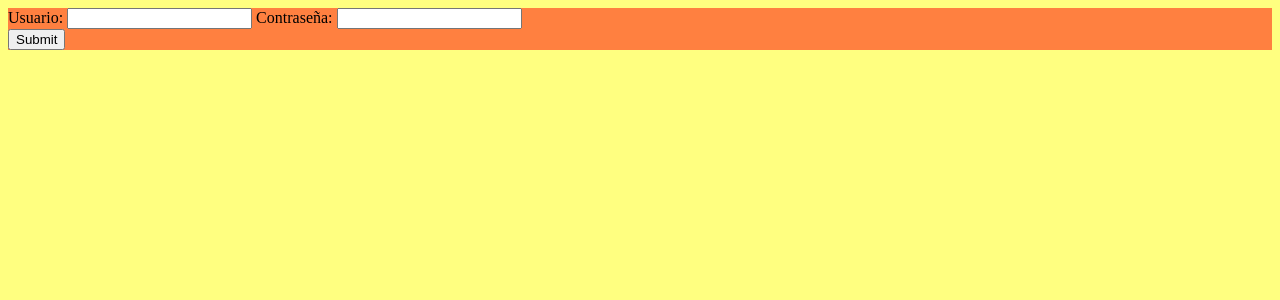
Repository: salvadorsobrino/Ejercicio5ServletJSP
Page: http://localhost/Ejercicio5/
These files come from the project's save history. The page is drawn as it stood at one moment and after the next save; the edit follows.
The browser window is 1280 px wide. The pictures show the whole page.
The page is served by Tomcat 9.

Above is the page before, as saved 2022-03-11 09:28:42.

After the next save:
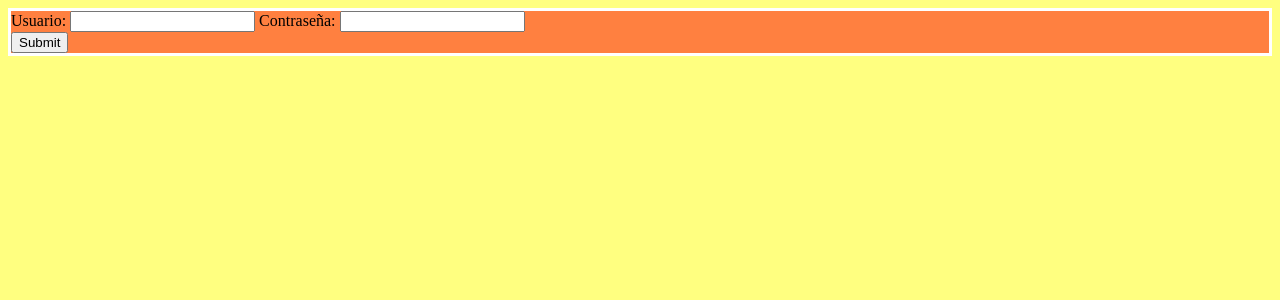
Saved 47 s later.
--- a/Ejercicio5/src/main/webapp/index.css
+++ b/Ejercicio5/src/main/webapp/index.css
@@ -8,6 +8,7 @@ body{
 }
 #formulario{
 	background-color: rgb(255, 128, 64);
+	    border-style: solid;
 	border-width: medium;
 	border-color: white;
 
